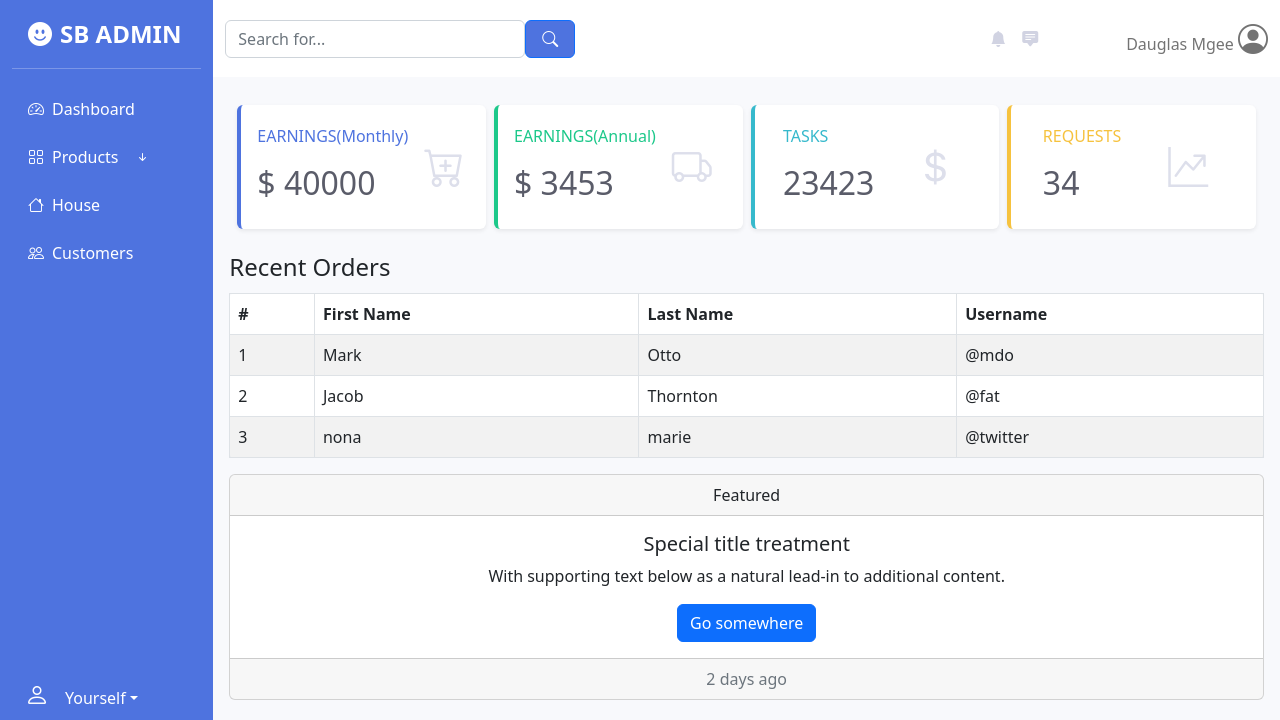
Repository: iqbalaamir/dashboard
Page: /
An editor plug-in stored every save of this project. The page is shown before and after the next save, followed by the edit.
The browser window is 1280 px wide. The pictures show the whole page.
The project was rebuilt for these pictures with package versions that can differ from the ones it lists, and the page was loaded fresh each time. Also part of the build but not shown: src/App.css, src/components/Item1.js, src/components/Item2.js.

Above is the page before, as saved 2023-04-24 23:19:51.

After the next save:
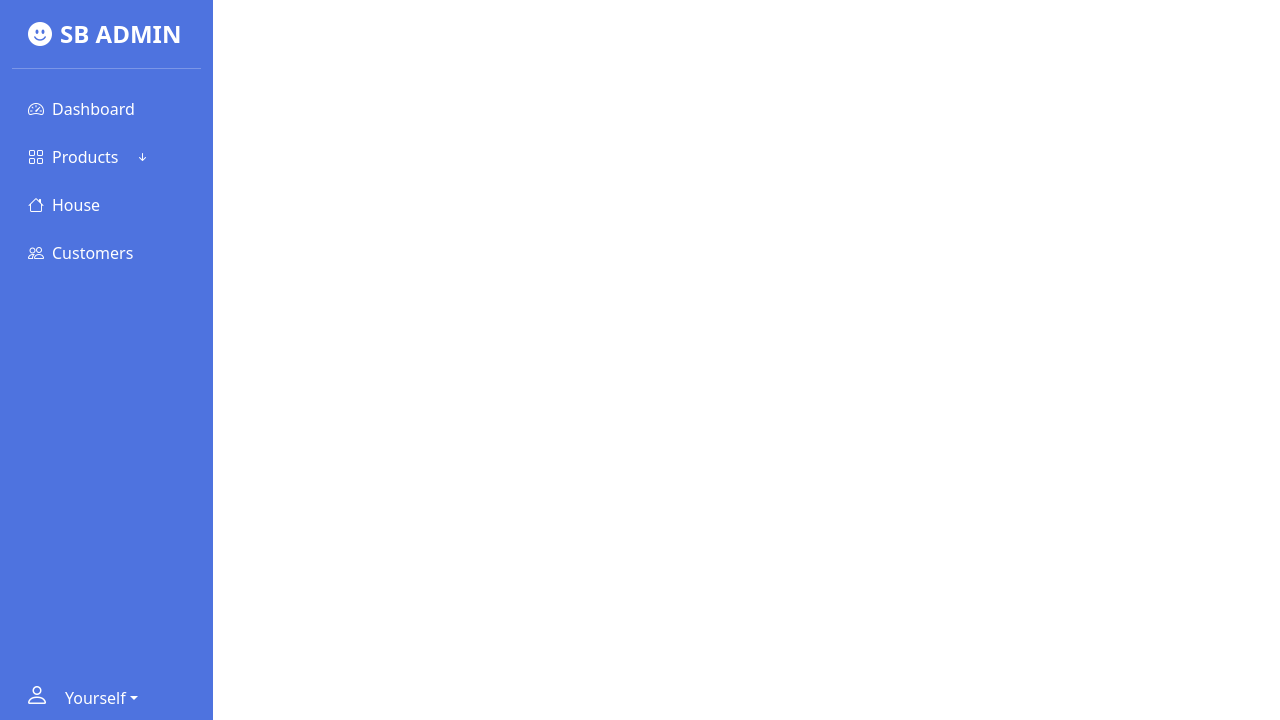
Saved 2 min 43 s later.
--- a/src/components/Sidebar.js
+++ b/src/components/Sidebar.js
@@ -105,10 +105,10 @@ export default function Sidebar() {
           </div>
 
         </div>
-        <div className="col" style={{backgroundColor:"#f8f9fc",padding:0}}>
+        {/* <div className="col" style={{backgroundColor:"#f8f9fc",padding:0}}>
        <NavbarComponent/>
        <HomeComponent/>
-        </div>
+        </div> */}
 
       </div>
     </div>
